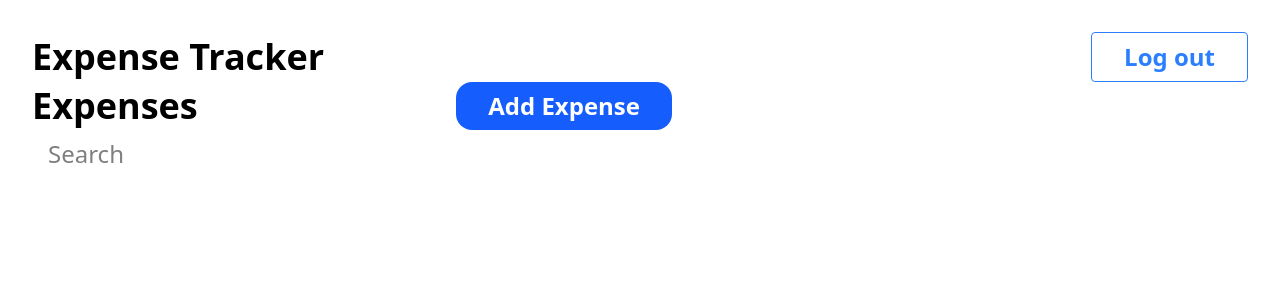
Repository: Syed-Mohsin-Ali786/frontend-expense-tracker
Page: /
The author's editor kept a copy of each file at every save. The page is drawn from the files as they stood at one save, then again after the next save.
The browser window is 1280 px wide. The pictures show the whole page.
The project was rebuilt for these pictures with package versions that can differ from the ones it lists, and the page was loaded fresh each time.

Above is the page before, as saved 2025-09-28 14:09:30.

After the next save:
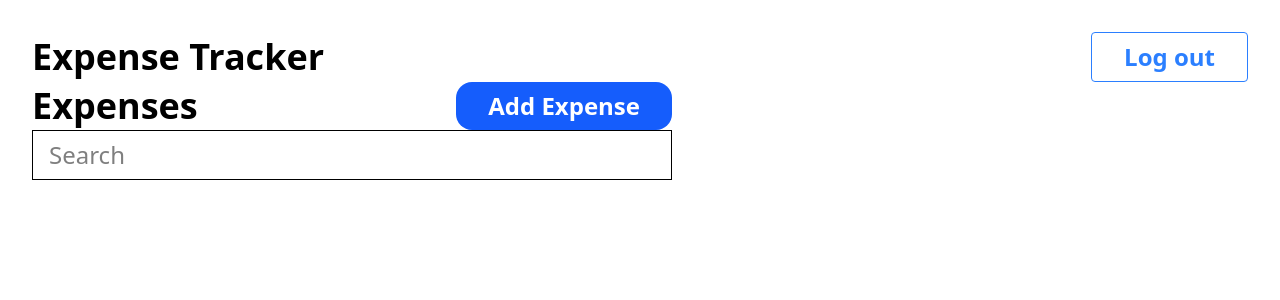
Saved 12 s later.
--- a/src/App.tsx
+++ b/src/App.tsx
@@ -21,7 +21,7 @@ function App() {
             Add Expense
           </button>
           </div>
-          <input type="text" placeholder="Search"  className="py-2 px-4 text-2xl"/>
+          <input type="text" placeholder="Search"  className="py-2 px-4 text-2xl border"/>
         </div>
         {/* Charts */}
         <div></div>
